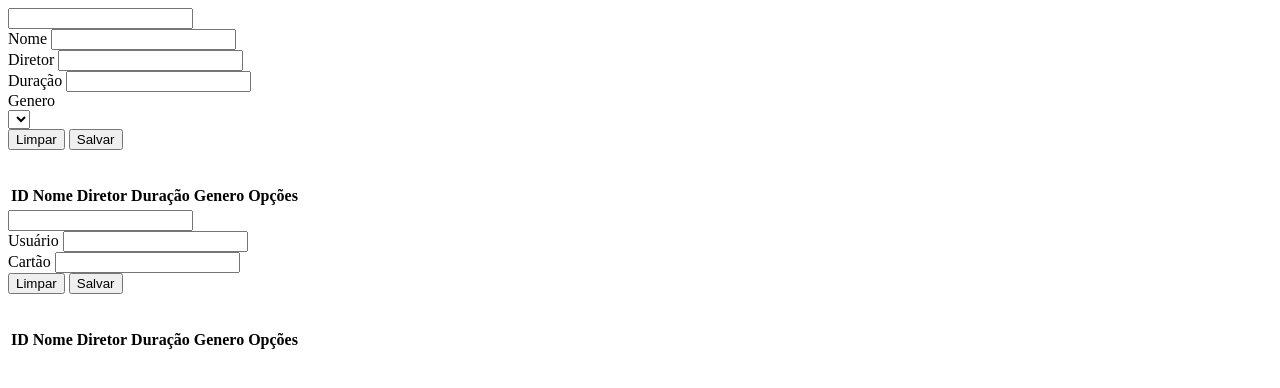
Repository: heloisakrajewski/projeto-leo
Page: Projeto/pyrafilms/WebContent/filme.html
These files come from the project's save history. The page is drawn as it stood at one moment and after the next save; the edit follows.
The browser window is 1280 px wide. The pictures show the whole page.

Above is the page before, as saved 2016-11-27 15:48:19.
Console error: ReferenceError: jQuery is not defined

### Projeto/pyrafilms/WebContent/filme.html
<meta charset="utf-8">
    <meta http-equiv="X-UA-Compatible" content="IE=edge">
    <meta name="viewport" content="width=device-width, initial-scale=1">
    <meta name="description" content="">
    <meta name="author" content="">

<div class="filme">
	<form id="criarFilmeForm">
		<div class="form-group">
			<div class="row">
				<input type="text" class="form-control hidden" name="id" />

				<div class="col-lg-6">
					<label>Nome</label>
						<input type="text" class="form-control" name="nome" />
				</div>
				<div class="col-lg-6">
					<label>Diretor</label>
					<input type="text" class="form-control" name="diretor" />
				</div>
			</div>
		</div>
		<div class="form-group">
			<div class="row">
				<div class="col-lg-6">
					<label>Duração</label>
					<input type="text" class="form-control" name="duracao"></input>
				</div>
				<div class="col-lg-6">
					<label>Genero</label><br>
					<select class="form-control" id="comboGeneros" name="genero"></select>
				 </div>
			</div>
		</div>
		<div class="form-group text-center">
			<div class="row">
				<div class="col-lg-12">
					<div class="btn-block btn-group">
					<input type="reset" class="btn btn-default" value="Limpar" />
					<input type="button" class="btn btn-primary" value="Salvar"
						onclick="adicionarFilme();" />
					</div>
				</div>
			</div>
		</div>
	</form>

	<div class="form-group">
		<div class="col-lg-12">
			<br>
			<table id="grid-filmes" class="table">
				<thead>
					<tr>
						<th class="text-center">ID</th>
						<th>Nome</th>
						<th>Diretor</th>
						<th>Duração</th>
						<th>Genero</th>
						<th class="text-center">Opções</th>
					</tr>
				</thead>
				<tr>

				</tr>
			</table>
		</div>
	</div>
</div>
<div class="aluguel">
	<form id="criarAluguelForm">
		<div class="form-group">
			<div class="row">
				<input type="text" class="form-control hidden" name="id" />

				<div class="col-lg-6">
					<label>Usuário</label>
					<input type="text" class="form-control" name="usuario_id" />
				</div>
				<div class="col-lg-6">
					<label>Cartão</label>
					<input type="text" class="form-control" name="cartao_id" />
				</div>
			</div>
		</div>
		<div class="form-group text-center">
			<div class="row">
				<div class="col-lg-12">
					<div class="btn-block btn-group">
					<input type="reset" class="btn btn-default" value="Limpar" />
					<input type="button" class="btn btn-primary" value="Salvar"
						onclick="adicionarFilme();" />
					</div>
				</div>
			</div>
		</div>
	</form>

	<div class="form-group">
		<div class="col-lg-12">
			<br>
			<table id="grid-filmes" class="table">
				<thead>
					<tr>
						<th class="text-center">ID</th>
						<th>Nome</th>
						<th>Diretor</th>
						<th>Duração</th>
						<th>Genero</th>
						<th class="text-center">Opções</th>
					</tr>
				</thead>
				<tr>

				</tr>
			</table>
		</div>
	</div>
</div>


	<script src="js/json.js" type="text/javascript"></script>
	<script src="js/bootstrap.min.js"></script>
	<!-- <script src="js/custom.js" type="text/javascript"></script> -->
	<script type="text/javascript">

	var host = "http://localhost:8080/pyrafilms/services/";

	$(document).ready(function() {
		listarFilmes();
		listarGeneros();
	});


	function listarGeneros() {
		$.ajax({
			url : host + 'generos/',
			type : 'GET',
			 headers: {
                 Accept : 'application/json'
  			},
			success : function(data) {
				renderizarGenerosCombo(data);

			},
			error: function(data) {
				alert("Erro ao buscar generos de filmes");
			}
		});
	};

	function renderizarGenerosCombo(data) {
		var str = "";
		var str = '<option value="-1">Selecione</option>';
		$.each(data.generoes.genero, function(i, genero) {
			str += '<option value="' + genero.id + '">' + genero.descricao + '</option>';
		});
		$('#comboGeneros').html(str).show();
	}

	function alugarFilme() {

	}

	var idFilme = "";
	function alugarFilme(filme) {
		$("#cartao").removeClass("hide");
		$("#usuario").addClass("hide");
		idFilme = filme;
	};

	function voltar() {
		$("#cartao").addClass("hide");
		$("#usuario").removeClass("hide");
		listarUsuarios();
	}

	function listarFilmes() {
		$.ajax({
			url : host + 'filmes/',
			type : 'GET',
			 headers: {
                 Accept : 'application/json'
  			},
			success : function(data) {
				renderizarFilmes(data);

			},
			error: function(data) {
				alert("Erro na invocaÃ§Ã£o");
			}
		});
	};

	function renderizarFilmes(data) {
		$("#grid-filmes tbody tr").remove();
		var str = "";

		$.each(data.filmes.filme, function(i, filme) {
			str += '<tr>';
			str += '<td class="text-center">' + filme.id + '</td>';
			str += '<td>' + filme.nome + '</td>';
			str += '<td>' + filme.diretor + '</td>';
			str += '<td>' + filme.duracao + '</td>';
			str += '<td>' + filme.genero + '</td>';
			str += '<td class="text-center">';
			str += '<button class="btn btn-primary" onclick="alugarFilme(' + filme.id + ');">Editar</button>';
			str += '<button class="btn btn-primary" onclick="carregaFilme(' + filme.id + ');">Editar</button>';
			str += '&nbsp;<button class="btn btn-danger" name="excluirUsuari" onclick="excluirFilme('+ filme.id +')">Excluir</button>';
			str += '</td>';
			str += '</tr>';
		});

		$("#grid-filmes tbody").append(str);

	}

	function excluirFilme(id) {
		$.ajax({
				url : host + 'filmes/' + id,
				type : 'DELETE',
				success : function(data) {
					listarFilmes();
				},
				error : function(data) {
					console.log(data);
					alert("Ocorreu um erro: " + data.status + " "
							+ data.statusText);
				}
			});

	};

	function adicionarFilme() {
		var data = $("#criarFilmeForm").serializeJSON();

		if(data.id){
			atualizaFilme(data);
  		}else {
  			criaFilme(data);
  	  	}
	}

	function atualizaFilme(data) {
		id = data.id;
			data = "{\"filme\":" + JSON.stringify(data) + "}";
			$.ajax({
			   url : host + 'filmes',
			   type : 'PUT',
			   contentType : 'application/json',
			   data : data,
			   success : function(data) {
				  //alert("Incluído com sucesso!");
				  //$("#criarFilmeForm")[0].reset();
				  listarFilmes();
			   },
			   error : function(data) {
					console.log(data);
					alert("Ocorreu um erro: " + data.status + " "+ data.statusText);

			   }
			 });
		}

	function carregaFilme(id) {
		$.ajax({
			url : host + 'filmes/' + id,
			type : 'GET',
			success : function(data) {
				var frm =  $("#criarFilmeForm");
				 $.each(data.filme, function(key, value){
					 $('[name='+key+']', frm).val(value);
				});
			},
			error : function(data) {
				console.log(data);
				alert("Ocorreu um erro: " + data.status + " "
						+ data.statusText);
			}
		});

	}


	function criaFilme(data){
		data = "{\"filme\":" + JSON.stringify(data) + "}";
		$.ajax({
		   url : host + 'filmes',
		   type : 'POST',
		   contentType : 'application/json',
		   data : data,
		   success : function(data) {
			  alert("Incluído com sucesso!");
			  $("#criarFilmeForm")[0].reset();
			  listarFilmes();
		   },
		   error : function(data) {

				console.log(data);
				alert("Ocorreu um erro: " + data.status + " "
						+ data.statusText);
		   }
		 });
	}
	</script>
</body>
</html>

### Projeto/pyrafilms/WebContent/js/json.js
/*!
  SerializeJSON jQuery plugin.
  https://github.com/marioizquierdo/jquery.serializeJSON
  version 1.0.1 (Aug 20, 2012)

  Copyright (c) 2012 Mario Izquierdo
  Dual licensed under the MIT (http://www.opensource.org/licenses/mit-license.php)
  and GPL (http://www.opensource.org/licenses/gpl-license.php) licenses.
*/
(function ($) {
  "use strict";

  $.fn.serializeJSON = function () {
    var obj, formAsArray;
    obj = {};
    formAsArray = this.serializeArray();

    $.each(formAsArray, function (i, input) {
      var name, value, keys;
      name = input.name;
      value = input.value;

      // Split the input name in programatically readable keys
      // name = "foo"              => keys = ['foo']
      // name = "[foo]"            => keys = ['foo']
      // name = "foo[inn][bar]"    => keys = ['foo', 'inn', 'bar']
      // name = "foo[inn][arr][0]" => keys = ['foo', 'inn', 'arr', '0']
      // name = "arr[][val]"       => keys = ['arr', '', 'val']
      keys = $.map(name.split('['), function (key) {
        var last;
        last = key[key.length - 1];
        return last === ']' ? key.substring(0, key.length - 1) : key;
      });
      if (keys[0] === '') { keys.shift(); } // "[foo][inn]" should be same as "foo[inn]"

      // Set value in the object using the keys
      $.deepSet(obj, keys, value);
    });
    return obj;
  };

  // Auxiliar function to check if a variable is an Object
  var isObject = function (obj) {
    return obj === Object(obj);
  };

  /**
  Access the object in a deep key and assigns the value:

  // Examples:
  deepSet(obj, ['foo'], v)                //=> obj['foo'] = v
  deepSet(obj, ['foo', 'inn'], v)         //=> obj['foo']['inn'] = v // Create the inner obj['foo'] object, if needed
  deepSet(obj, ['foo', 'inn', 'inn'], v)  //=> obj['foo']['inn']['inn'] = v
  deepSet(obj, ['0'], v)                  //=> obj[0] = v // obj may be an Array
  deepSet(obj, [''], v)                   //=> obj.push(v) // assume obj as array, and add a new value to the end
  deepSet(obj, ['arr', '0'], v)           //=> obj['arr']['0'] = v // obj['arr'] is created as Array if needed
  deepSet(obj, ['arr', ''], v)            //=> obj['arr'].push(v)
  deepSet(obj, ['foo', 'arr', '0'], v)    //=> obj['foo']['arr'][0] = v // obj['foo'] is created as object and obj['foo']['arr'] as a Array, if needed
  deepSet(obj, ['arr', '0', 'foo'], v)    //=> obj['arr']['0']['foo'] = v // obj['foo'] is created as object and obj['foo']['arr'] as a Array and obj['foo']['arr'][0] as object, if needed

  // Complex example with array empty index,
  // it creates a new element, unless there is a nested non repeated key, so it assigns to the last element object:
  var arr = []
  deepSet(arr, [''], v)                   //=> arr === [v]
  deepSet(arr, ['', 'foo'], v)            //=> arr === [v, {foo: v}]
  deepSet(arr, ['', 'bar'], v)            //=> arr === [v, {foo: v, bar: v}]
  deepSet(arr, ['', 'bar'], v)            //=> arr === [v, {foo: v, bar: v}, {bar: v}]
  */
  $.deepSet = function (obj, keys, value) {
    if (!keys || keys.length === 0) { throw new Error("ArgumentError: keys param expected to be an array with least one key"); }
    var key, next, tail, defaultIfNotDefined, lastKey, lastElement;
    key = keys[0];
    next = keys[1];
    if (next !== undefined && next !== null) {
      tail = keys.slice(1);
      if (key === '') { // Empty key with => merge keys in the object element
        lastKey = obj.length - 1;
        lastElement = obj[obj.length - 1];
        if (isObject(lastElement) && !lastElement[next]) { // if next key is a new attribute in the last object element then set the new value in there
          key = lastKey;
        } else { // if the array does not have an object as last element, create one
          obj.push({});
          key = lastKey + 1;
        }
      }
      if (obj[key] === undefined) { // obj[key] ||= defaultIfNotDefined
        defaultIfNotDefined = (next === '' || !isNaN(parseInt(next, 10))) ? [] : {}; // Array or Object depending on next key
        obj[key] = defaultIfNotDefined;
      }
      $.deepSet(obj[key], tail, value); // Recursive access the inner Object
    } else {
      if (key === '') {
        obj.push(value);
      } else {
        obj[key] = value;
      }
    }
  };

}(jQuery));

Loaded but not shown: Projeto/pyrafilms/WebContent/js/bootstrap.min.js (library)

After the next save:
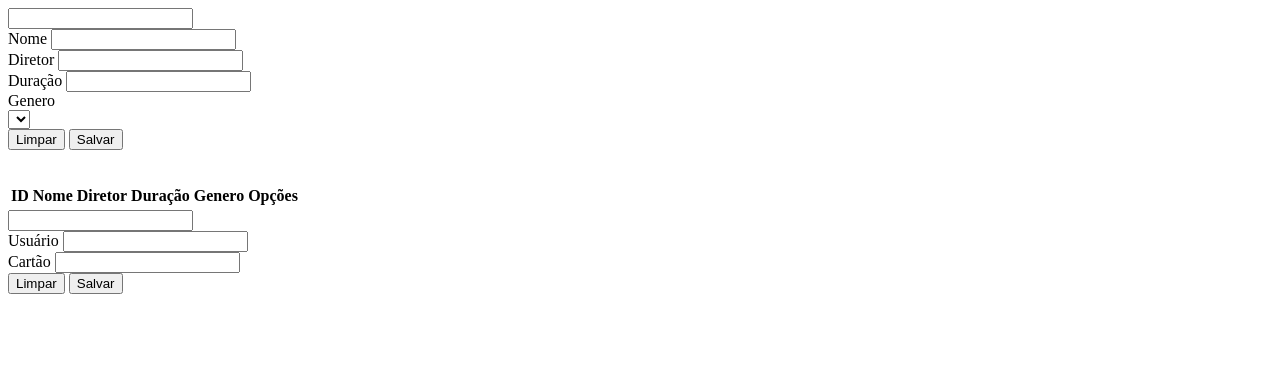
Saved 9 s later.
--- a/Projeto/pyrafilms/WebContent/filme.html
+++ b/Projeto/pyrafilms/WebContent/filme.html
@@ -94,27 +94,6 @@
 			</div>
 		</div>
 	</form>
-
-	<div class="form-group">
-		<div class="col-lg-12">
-			<br>
-			<table id="grid-filmes" class="table">
-				<thead>
-					<tr>
-						<th class="text-center">ID</th>
-						<th>Nome</th>
-						<th>Diretor</th>
-						<th>Duração</th>
-						<th>Genero</th>
-						<th class="text-center">Opções</th>
-					</tr>
-				</thead>
-				<tr>
-
-				</tr>
-			</table>
-		</div>
-	</div>
 </div>
 
 
